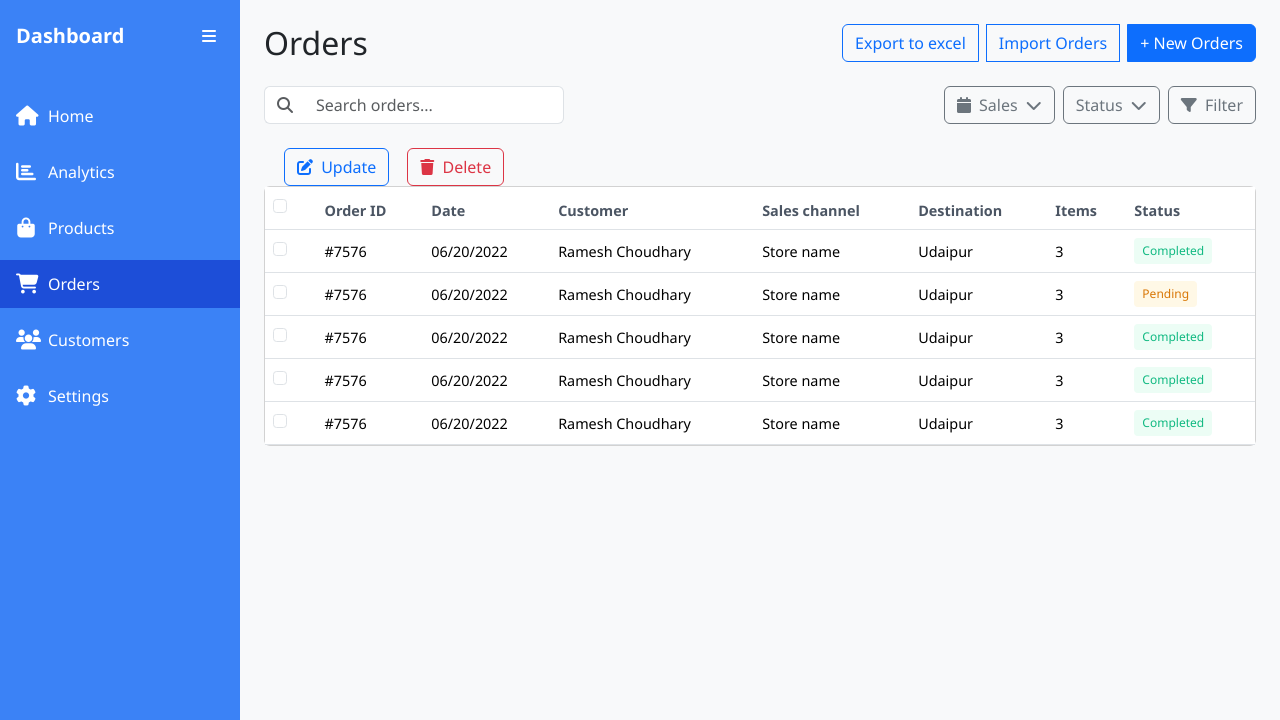
Repository: AditiAjitSalvi/Inventory_Managment
Page: Inventory_Managment_System/Inventory/src/main/webapp/Order.html
An editor plug-in stored every save of this project. The page is shown before and after the next save, followed by the edit.
The browser window is 1280 px wide. The pictures show the whole page.

Above is the page before, as saved 2025-05-22 16:09:33.
Console error: TypeError: Cannot read properties of null (reading 'getContext')

After the next save:
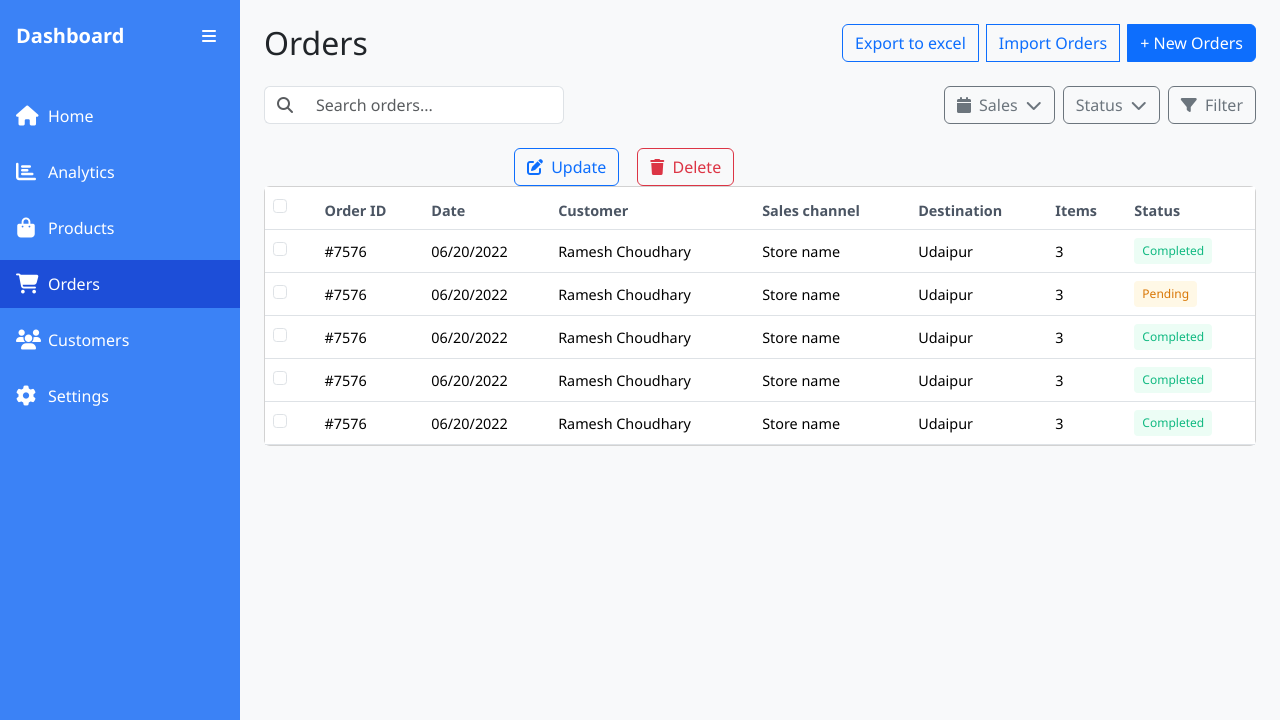
Saved 9 s later.
--- a/Inventory_Managment_System/Inventory/src/main/webapp/Order.html
+++ b/Inventory_Managment_System/Inventory/src/main/webapp/Order.html
@@ -318,7 +318,7 @@ body {
 					</div>
 				</div>
 				<div class="d-flex"
-					style="right: 50px; top: 150px; display: flex; gap: 10px;margin-left:20px;">
+					style="right: 50px; top: 150px; display: flex; gap: 10px;margin-left:250px;">
 					<button class="btn btn-outline-primary me-2">
 						<i class="fa fa-edit me-1"></i> <span>Update</span>
 					</button>
